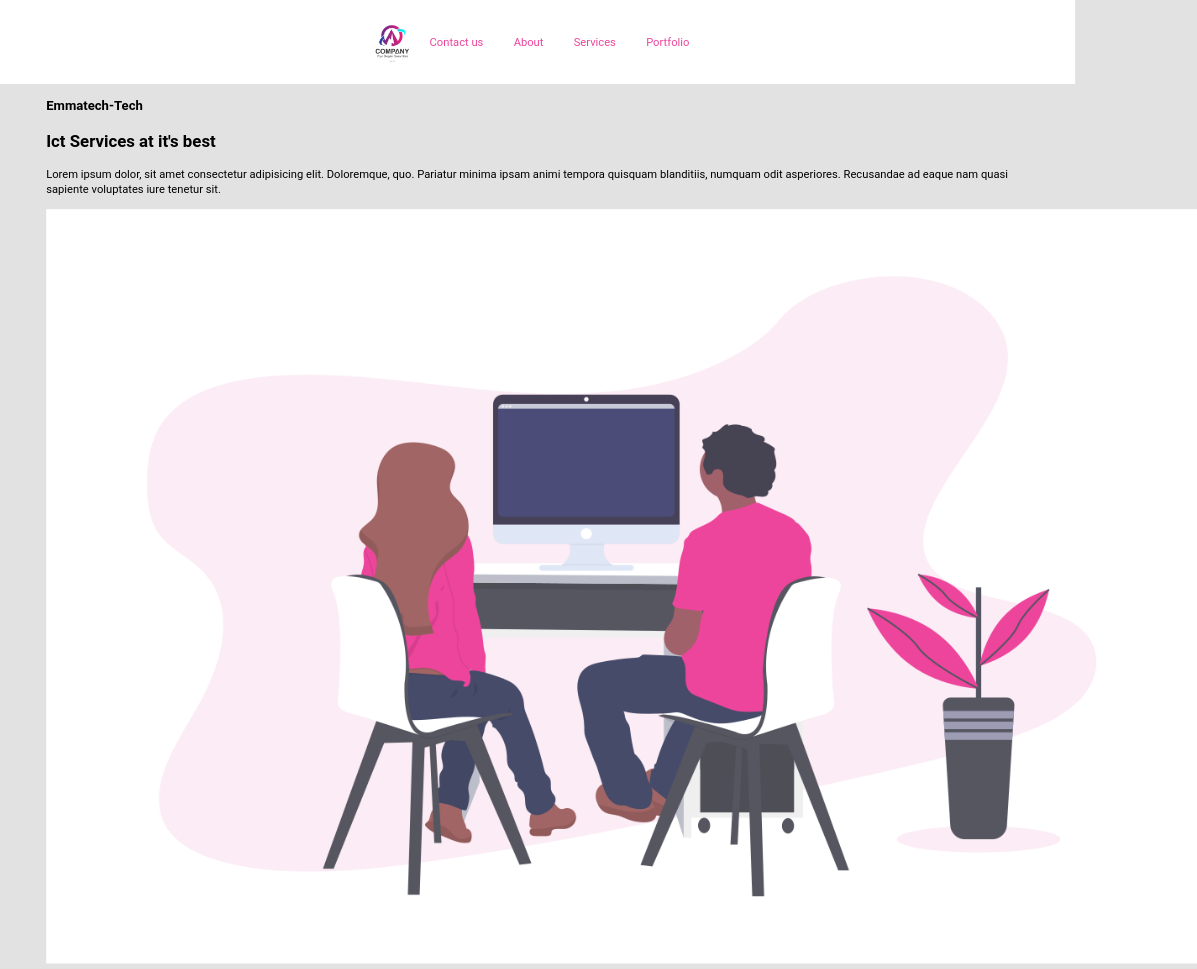
Repository: wisdomspine/emmatech-website
Page: index.html
An editor plug-in stored every save of this project. The page is shown before and after the next save, followed by the edit.
The browser window is 1280 px wide. The page is 1425 px wide, then 1280 px, so the pictures cover 1425 px, including what lies to the right of the window. The pictures show the whole page, at 84% of full size.

Above is the page before, as saved 2020-09-28 13:17:02.

After the next save:
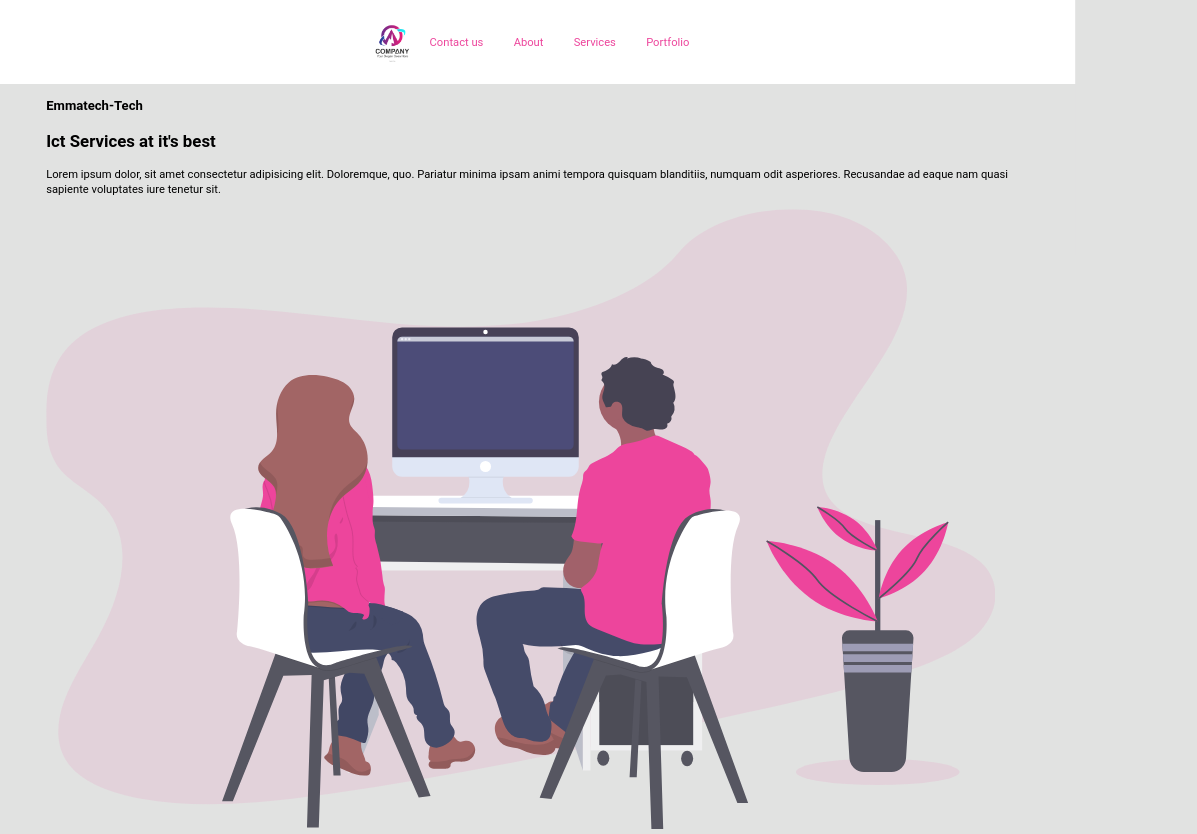
Saved 60 s later.
--- a/index.html
+++ b/index.html
@@ -47,7 +47,7 @@
                     </p>
                 </article>
                 <div>
-                    <img src="./assets/images/slide/slide1.png" alt="">
+                    <img src="./assets/images/slide/slide1.svg" alt="">
                 </div>
             </div>
         </div>
